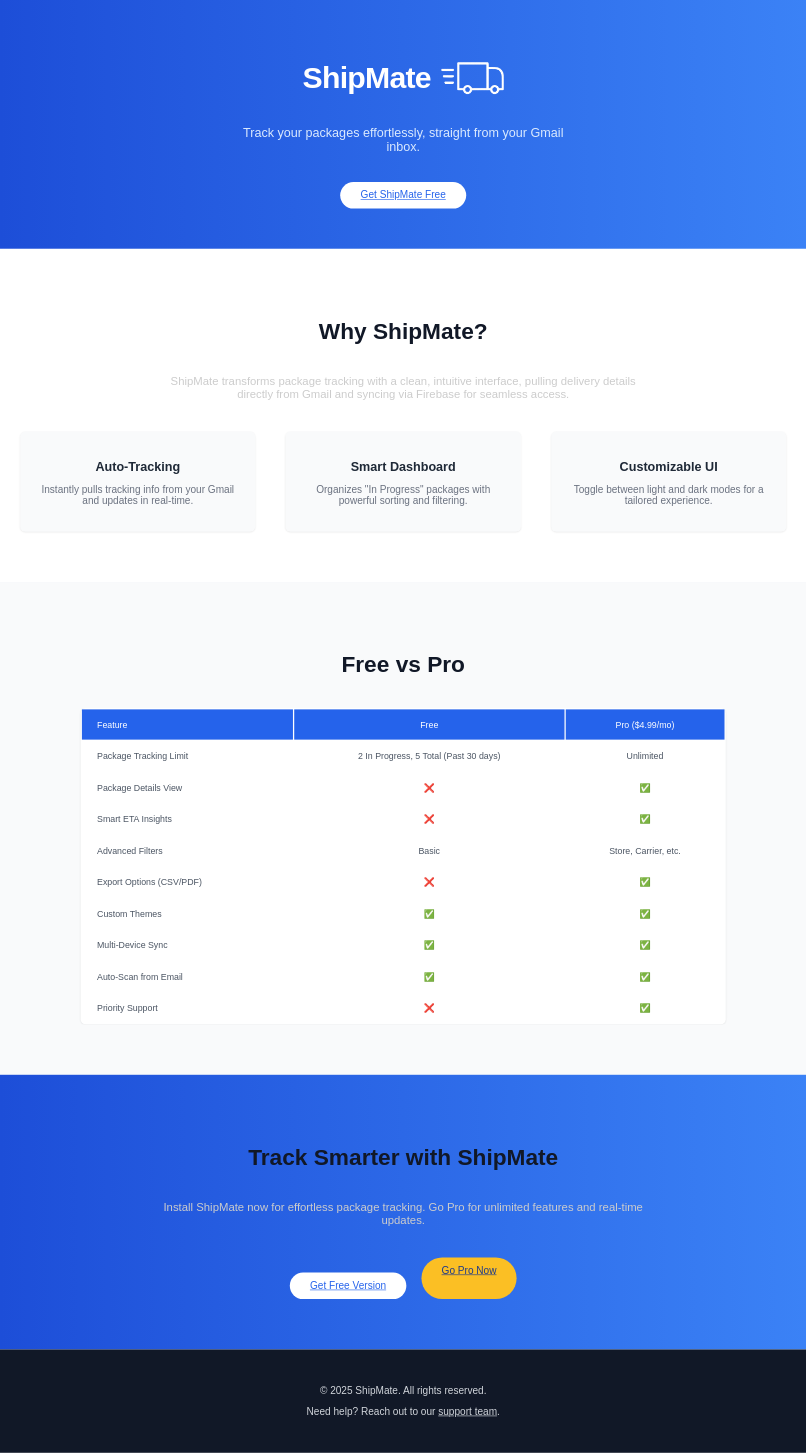
Repository: epeguero8311/shipmate-website
Page: index.html
An editor plug-in stored every save of this project. The page is shown before and after the next save, followed by the edit.
The browser window is 1280 px wide. The pictures show the whole page, at 63% of full size.

Above is the page before, as saved 2025-10-26 19:14:03.

After the next save:
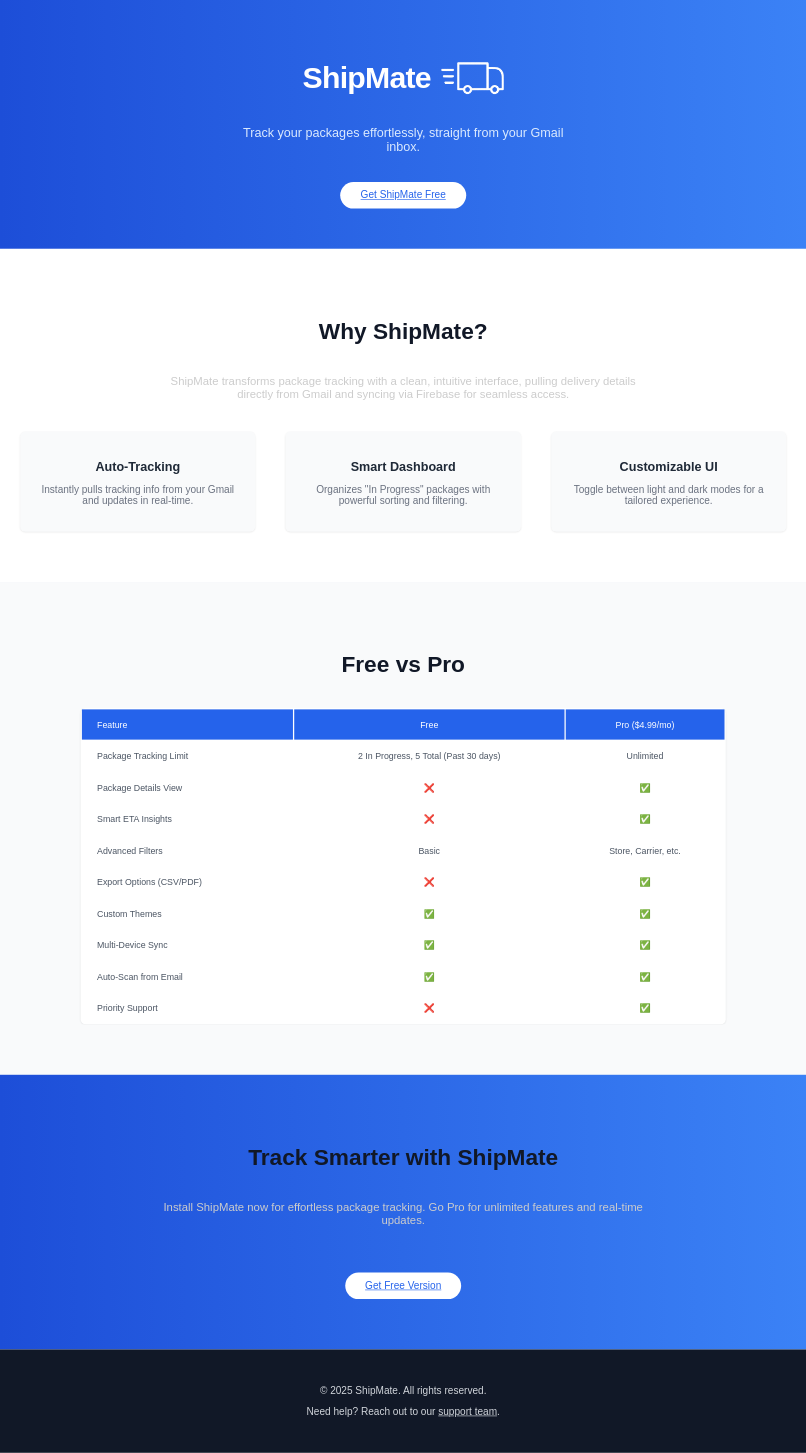
Saved 14 s later.
--- a/index.html
+++ b/index.html
@@ -105,7 +105,6 @@
       <p class="section-subtitle">Install ShipMate now for effortless package tracking. Go Pro for unlimited features and real-time updates.</p>
       <div class="cta-buttons">
         <a href="https://chromewebstore.google.com/detail/[your-extension-id]" class="btn btn-primary">Get Free Version</a>
-        <a href="https://stripe.com/[your-stripe-checkout-link]" class="btn btn-secondary">Go Pro Now</a>
       </div>
     </div>
   </section>
